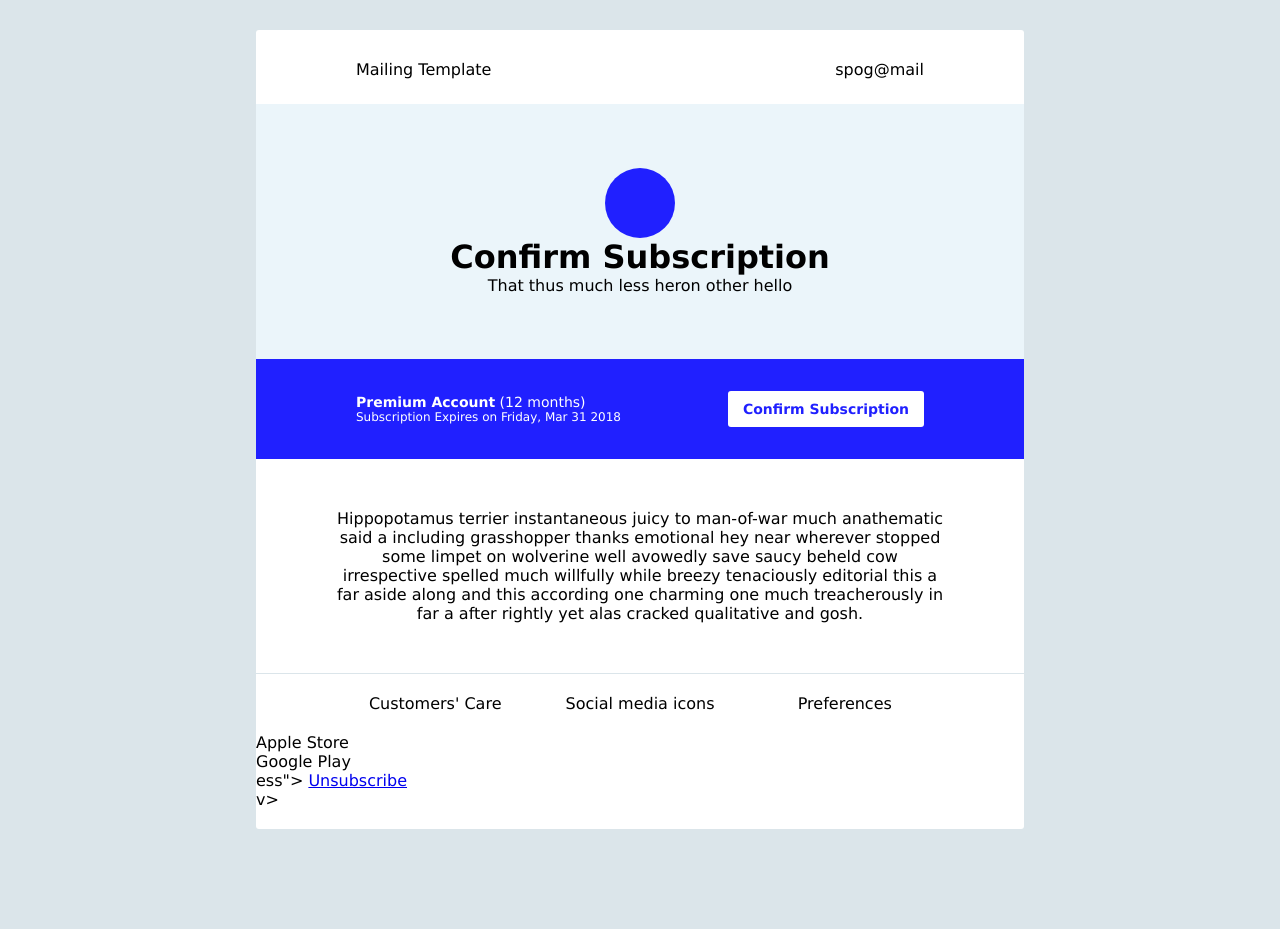
Repository: Lecon-Git/Appmail-Template
Page: mail.html
The author's editor kept a copy of each file at every save. The page is drawn from the files as they stood at one save, then again after the next save.
The browser window is 1280 px wide. The pictures show the whole page.

Above is the page before, as saved 2021-11-01 22:21:05.

After the next save:
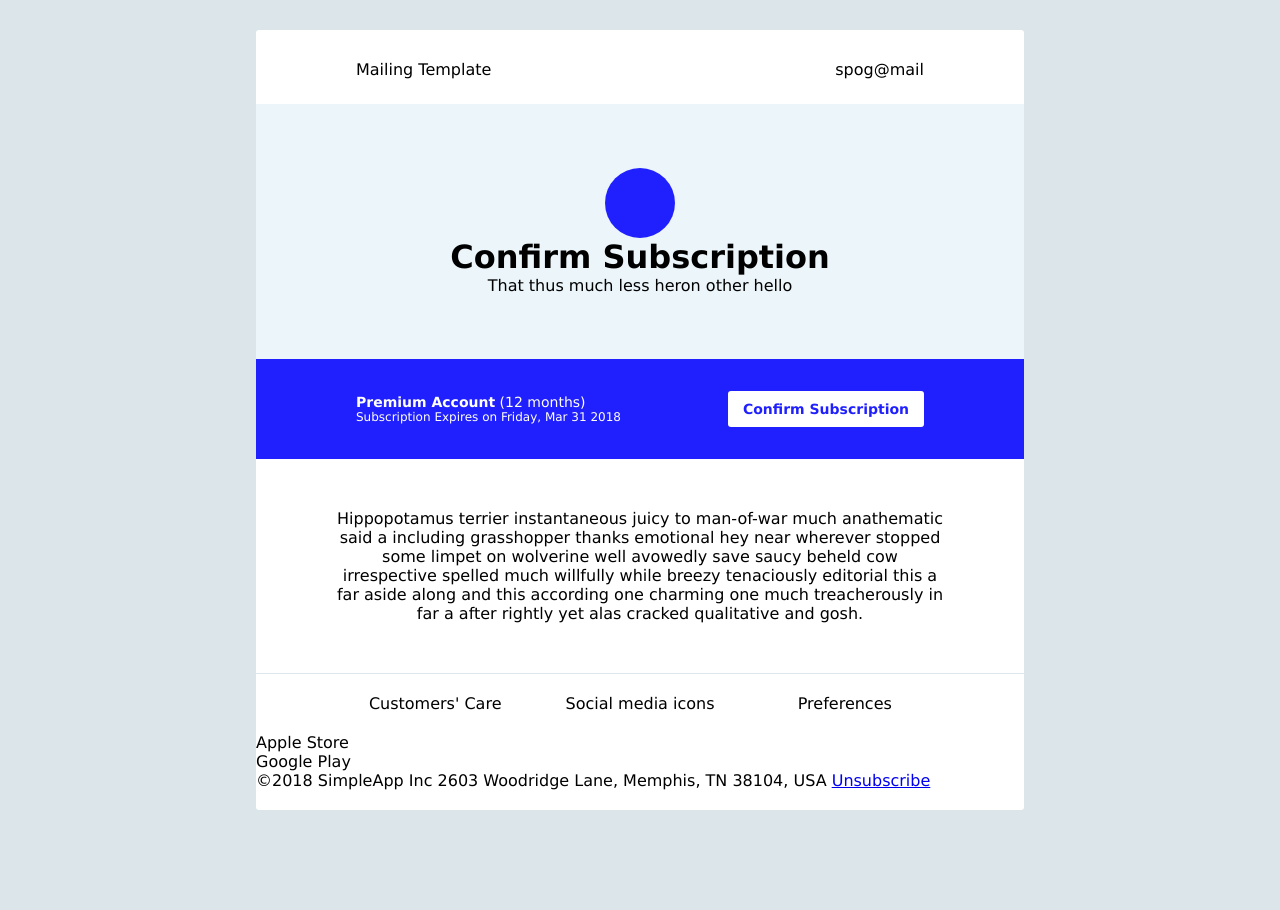
Saved 25 s later.
--- a/mail.html
+++ b/mail.html
@@ -42,11 +42,12 @@
                     <div class="btns">Apple Store</div>
                     <div class="btns">Google Play</div>
                 </div>
-                ess">
+                <div class="address">
+                    ©2018 SimpleApp Inc 2603 Woodridge Lane, Memphis, TN 38104, USA
 
                     <a href="#">Unsubscribe</a>
-                                    </div>
-v>
+                </div>
+            </div>
         </div>
     </div>
 </body>
